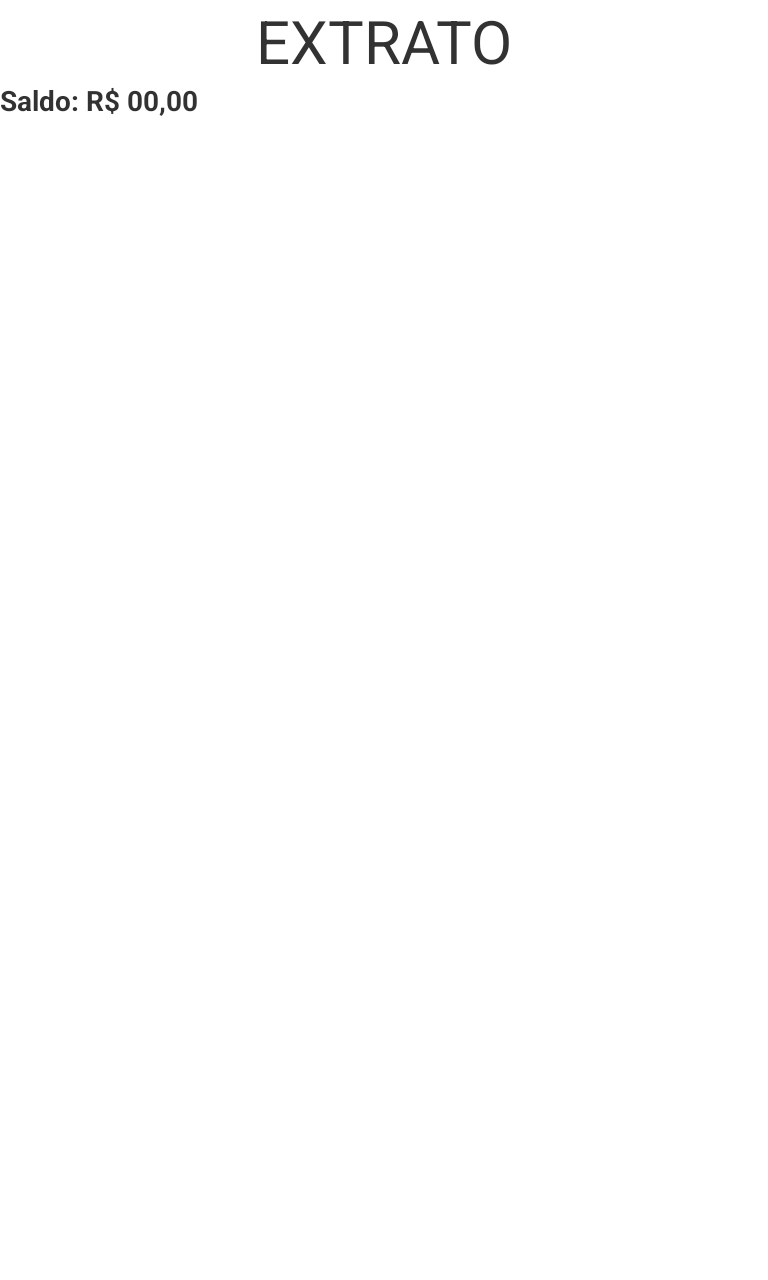
Repository: yurifialho/pos-android
Layout: Projeto10/res/layout/activity_extrato.xml
An editor plug-in stored every save of this project. The layout is shown before and after the next save, followed by the edit.
It is drawn on a 768 x 1280 px phone screen (xhdpi) without system bars, with theme AppTheme; the app's code is not run. Lists and similar views that code fills are empty.

Above is the layout before, as saved 2014-03-22 16:32:14.

After the next save:
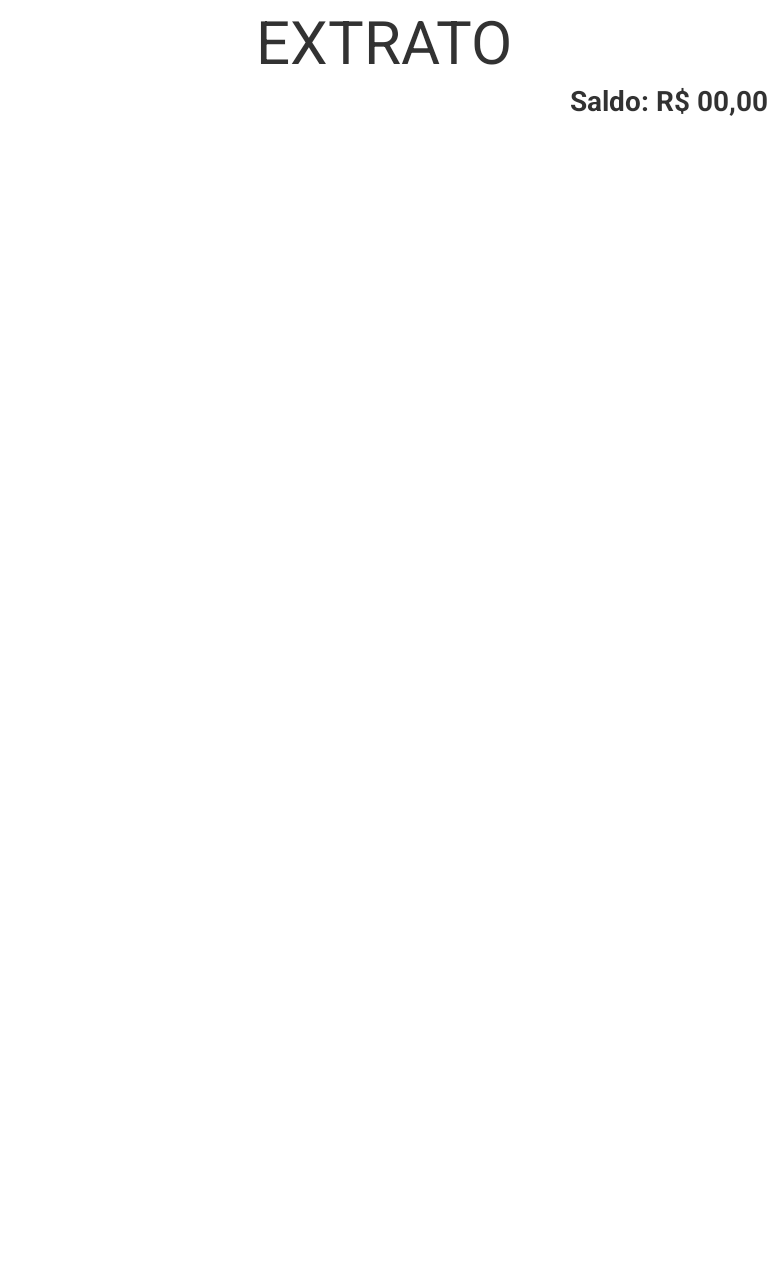
Saved 54 s later.
--- a/Projeto10/res/layout/activity_extrato.xml
+++ b/Projeto10/res/layout/activity_extrato.xml
@@ -19,6 +19,7 @@
 	<TextView android:id="@+id/saldo"
 	    android:layout_width="fill_parent"
 	    android:layout_height="wrap_content"
+	    android:gravity="bottom|right"
 	    android:textStyle="bold"
 	    android:text="Saldo: R$ 00,00"/>
 </LinearLayout>
